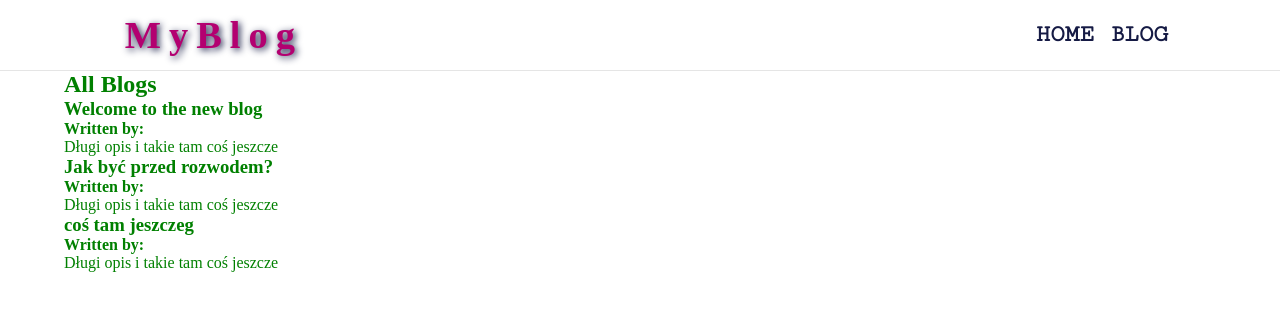
Repository: KrzysKolo/myBlog
Page: /
An editor plug-in stored every save of this project. The page is shown before and after the next save, followed by the edit.
The browser window is 1280 px wide. The pictures show the whole page.
Some web fonts or font styles are not loaded; a fallback is used. The project was rebuilt for these pictures with package versions that can differ from the ones it lists, and the page was loaded fresh each time. Requests to the local data server were answered from the project's data file. Also part of the build but not shown: src/pages/Blog/Blog.css, src/pages/Blog/Blog.js, src/pages/BlogNote/BlogNote.css, src/pages/BlogNote/BlogNote.js.

Above is the page before, as saved 2021-04-27 10:30:12.

### src/App.js
import React from 'react';
import { BrowserRouter as Router, Switch, Route } from 'react-router-dom';
import { Home, Blog, BlogNote } from './pages';
import { Header } from './components';

import './App.css';

const App = () => {
  return (
    <Router>
      <main className="App">
        <Header />
        <Switch>
          <Route path="/" exact component={Home} />
          <Route path="/blog" exact component={Blog} />
          <Route path="/note/:id" exact component={BlogNote} />
        </Switch>
      </main>
    </Router>
  )
}

export default App;

### src/pages/index.js
export { default as Home } from './Home/Home';
export { default as Blog } from './Blog/Blog';
export { default as BlogNote } from './BlogNote/BlogNote';

### src/components/index.js
export { default as Header } from './Header/Header';
export { default as Navigation } from './Navigation/Navigation';

### src/App.css
* {
  box-sizing: border-box;
  margin: 0;
  padding: 0;
}
.wrapper {
  width: 90vw;
  margin: 0 auto;
  display: flex;
  flex-direction: row;
  justify-content: space-between;
  align-items: center;
}

### src/pages/Home/Home.js
import React, {useState, useEffect} from 'react';
import BlogList from '../../components/BlogList/BlogList';
import './Home.css';

const Home = () => {
	const[blogs, setBlogs] = useState(null);

	const blog = 'http://localhost:4000/posts';

	useEffect(() => {
		fetch(blog)
		.then(res =>{
			return res.json()
		})
		.then(data => {
			console.log(data);
			setBlogs(data);
		})
	}, []);

	return (
      <main className="Home">
        <section className="wrapper">
     			{blogs && <BlogList blogs={blogs} title="All Blogs"  /> }
        </section>
      </main>
    )
}

export default Home

### src/components/Header/Header.js
import React from 'react';
import Navigation from '../Navigation/Navigation';
import './Header.css';

const Header = () => {
    return (
        <header >
          <section className="wrapper" >
            <Navigation />
          </section>
        </header>
    )
}

export default Header;

### src/components/Navigation/Navigation.js
import React from 'react';
import { Link } from 'react-router-dom';
import dataMenu from './dataMenu';

import './Navigation.css';

const Navigation = () => {
    const menu = dataMenu.map(item => <Link key={item.path} to={item.path} exact={item.exact ? item.exact : false} className="link">{item.name}</Link>)
    return (
        <nav>
        	<h1>MyBlog</h1>
          <ul>
            {menu}
          </ul>
        </nav>
    )
}

export default Navigation;

### src/components/BlogList/BlogList.js
import React from 'react';

const BlogList = ({ blogs, title}) => {
    const blogItem = blogs.map(blog => (
        <div className="blog-previw" key={blog.id}>
            <h3>{blog.title}</h3>
            <h4>Written by: {blog.author}</h4>
            <p>{blog.body}</p>

        </div>
    ));
    return (
        <div>
            <h2>{title}</h2>
            {blogItem}
        </div>
    )
}

export default BlogList;

### src/pages/Home/Home.css
.Home {
  color: green;
}

### src/components/Header/Header.css
header {
  border-bottom: 1px solid #e5e5e5;
}

### src/components/Navigation/dataMenu.js
const dataMenu=[
    { name: 'Home', path: "/", exact: true },
    { name: 'Blog', path: "/blog"},
/*     { name: 'NoteBlog', path: "/contact"},
    { name: 'Posts', path: "/posts" }, */
];
export default dataMenu;

### src/components/Navigation/Navigation.css
@import url("https://fonts.googleapis.com/css2?family=Barrio&family=Cutive+Mono&family=Meddon&family=Princess+Sofia&family=Snowburst+One&display=swap");

/* font-family: 'Barrio', cursive;
font-family: 'Cutive Mono', monospace;
font-family: 'Meddon', cursive;
font-family: 'Princess Sofia', cursive;
font-family: 'Snowburst One', cursive; */

nav {
  display: flex;
  flex-direction: row;
  justify-content: space-between;
  align-items: center;
  width: 100%;
}

nav h1 {
  color: #b30070;
  font-family: "Princess Sofia", cursive;
  font-size: 2.4rem;
  letter-spacing: 8px;
  margin-left: 3rem;
  padding: 0.8rem;
  text-shadow: 2px 2px 7px #151a44;
}

nav ul {
  font-family: "Cutive Mono", monospace;
  font-size: 1.5rem;
  text-transform: uppercase;
  margin-right: 3rem;
}
.link {
  font-weight: 600;
  margin-left: 1rem;
  text-decoration: none;
  color: #151a44;
  transition: all 0.3s ease-in-out;
}
.link:hover {
  color: #b30070;
}

### db.json
{
  "posts": [
    {
      "id": 1,
      "title": "Welcome to the new blog",
      "body": "Długi opis i takie tam coś jeszcze",
      "likes": 30
    },
    {
      "id": 2,
      "title": "Jak być przed rozwodem?",
      "body": "Długi opis i takie tam coś jeszcze",
      "likes": 30
    },
    {
      "id": 3,
      "title": "coś tam jeszczeg",
      "body": "Długi opis i takie tam coś jeszcze",
      "likes": 5
    }
  ],
  "polls": [
    {
      "id" : 1,
      "question": "Preferujesz React czy Vue?",
      "answerA": "Vue",
      "answerB": "React"
    }
  ]
}

Loaded but not shown: public/index.html (common file); src/index.js (common file)

After the next save:
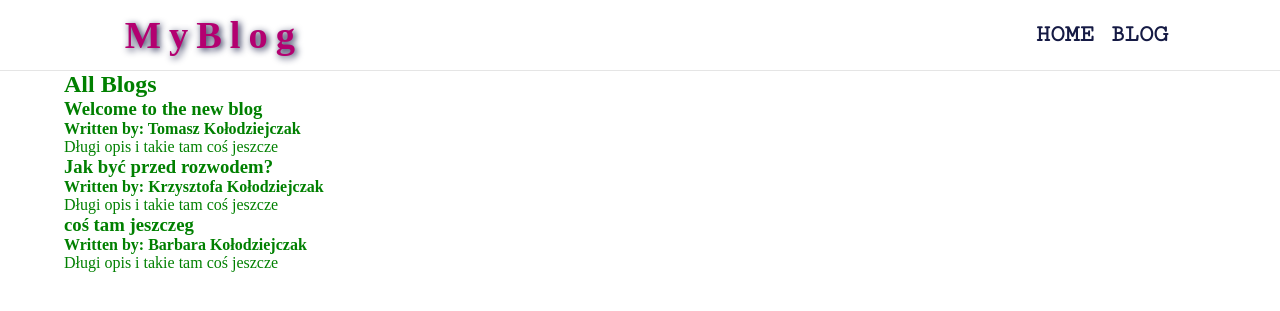
Saved 92 s later.
--- a/db.json
+++ b/db.json
@@ -4,27 +4,22 @@
       "id": 1,
       "title": "Welcome to the new blog",
       "body": "Długi opis i takie tam coś jeszcze",
+      "author": "Tomasz Kołodziejczak",
       "likes": 30
     },
     {
       "id": 2,
       "title": "Jak być przed rozwodem?",
       "body": "Długi opis i takie tam coś jeszcze",
+      "author": "Krzysztofa Kołodziejczak",
       "likes": 30
     },
     {
       "id": 3,
       "title": "coś tam jeszczeg",
       "body": "Długi opis i takie tam coś jeszcze",
+      "author": "Barbara Kołodziejczak",
       "likes": 5
-    }
-  ],
-  "polls": [
-    {
-      "id" : 1,
-      "question": "Preferujesz React czy Vue?",
-      "answerA": "Vue",
-      "answerB": "React"
     }
   ]
 }
